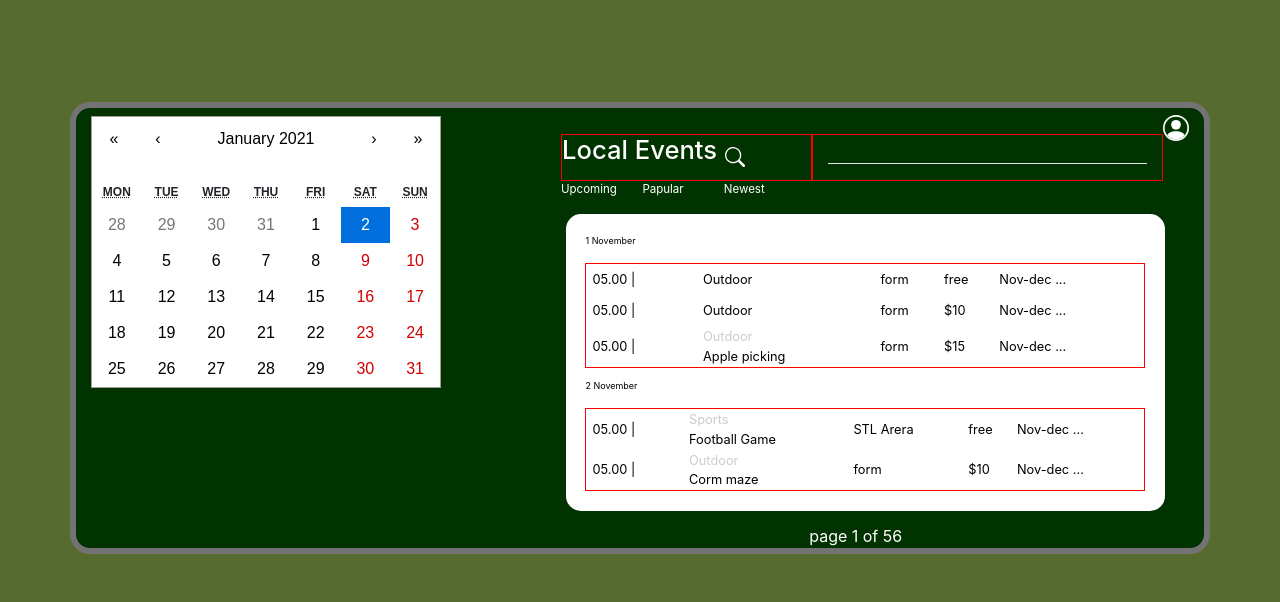
Repository: lalji-yadav/Calendar-code
Page: /
The author's editor kept a copy of each file at every save. The page is drawn from the files as they stood at one save, then again after the next save.
The browser window is 1280 px wide. The pictures show the whole page.
The project was rebuilt for these pictures with package versions that can differ from the ones it lists, and the page was loaded fresh each time. Also part of the build but not shown: src/App.css.

Above is the page before, as saved 2021-01-04 13:23:20.

After the next save:
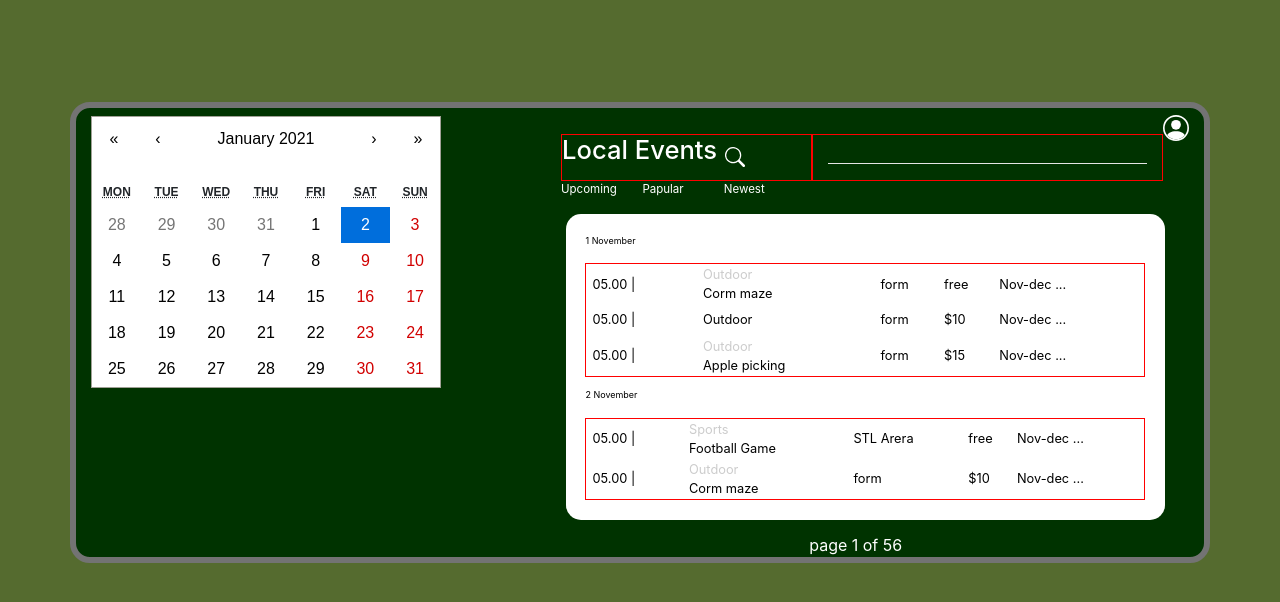
Saved 52 s later.
--- a/src/calendar/Home.js
+++ b/src/calendar/Home.js
@@ -60,7 +60,7 @@ function Home() {
                     <tbody>
                       <tr>
                         <td style={{padding:"6px"}}>05.00 |</td>
-                        <td>Outdoor</td>
+                        <td><span style={{color:"#cccccc"}}>Outdoor</span> <br/> Corm maze</td>
                         <td>form</td>
                         <td>free</td>
                         <td>Nov-dec ...</td>
